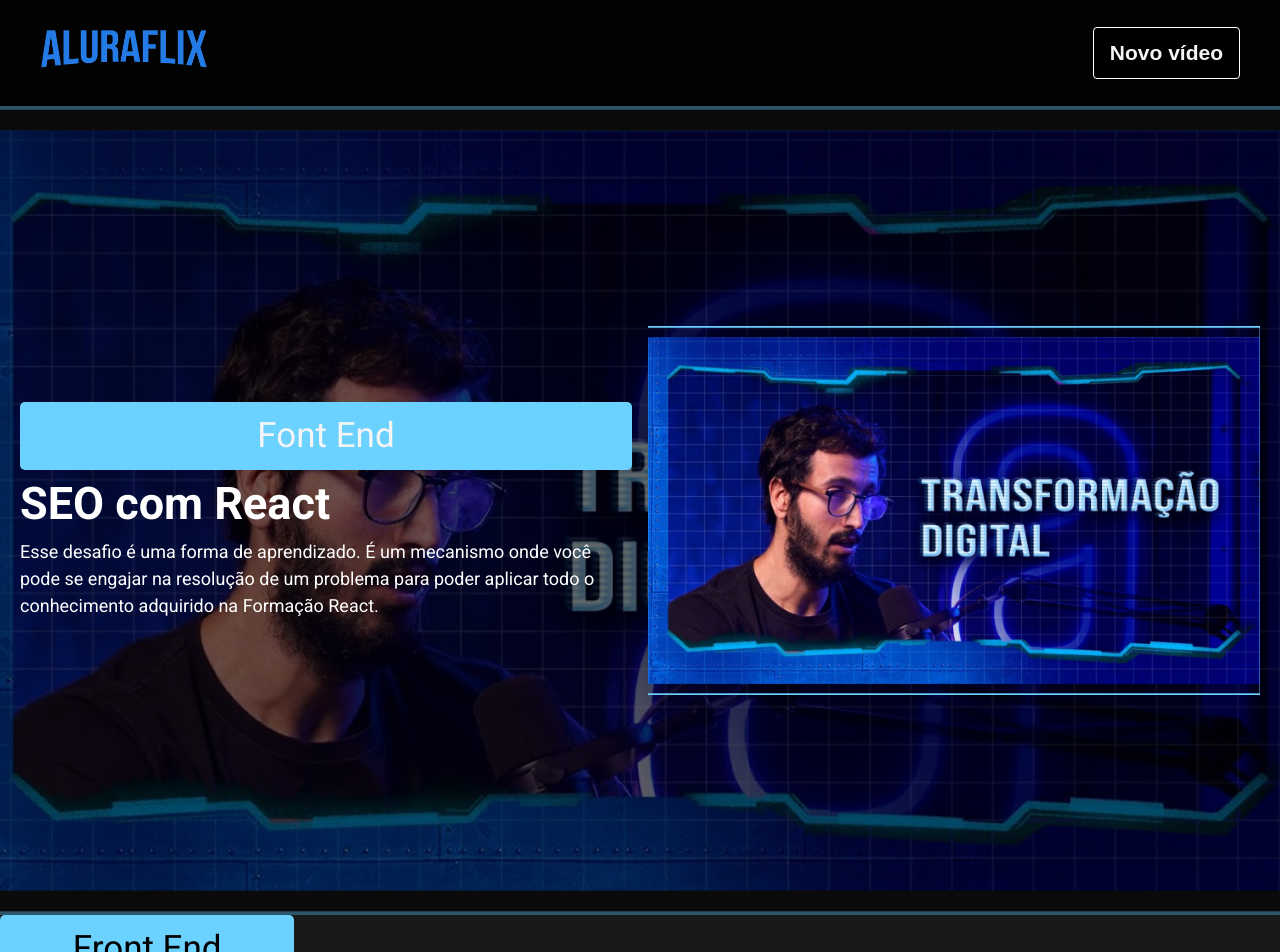
Repository: CarlosEduardoVdeOliveira/aluraflix
Page: /
The author's editor kept a copy of each file at every save. The page is drawn from the files as they stood at one save, then again after the next save.
The browser window is 1280 px wide. The pictures show the part of the page from y = 0 to 952 px (the page is 3090 px tall before and 2961 px after).
The project was rebuilt for these pictures with package versions that can differ from the ones it lists, and the page was loaded fresh each time. Also part of the build but not shown: vite.config.js, src/components/Input/Input.module.css, src/components/Input/index.jsx, src/components/TextArea/TextArea.module.css, src/components/TextArea/index.jsx, src/pages/RegisterVideo/Register.module.css, src/pages/RegisterVideo/index.jsx, src/components/Table/Table.module.css and 3 more.

Above is the page before, as saved 2023-09-26 10:12:25.

### index.html
<!doctype html>
<html lang="en">
  <head>
    <meta charset="UTF-8" />
    <link rel="preconnect" href="https://fonts.googleapis.com">
    <link rel="preconnect" href="https://fonts.gstatic.com" crossorigin>
    <!-- <link rel="icon" type="image/svg+xml" href="/vite.svg" /> -->
    <meta name="viewport" content="width=device-width, initial-scale=1.0" />
    <link href="https://fonts.googleapis.com/css2?family=Roboto:wght@300;400;500;700&display=swap" rel="stylesheet">
    <title>AluraFlix</title>
  </head>
  <body>
    <div id="root"></div>
    <script type="module" src="/src/main.jsx"></script>
  </body>
</html>

### src/main.jsx
import React from 'react'
import ReactDOM from 'react-dom/client'
import {AppRoutes} from './routes'
import './index.css'
import { ThemeProvider } from '@emotion/react'
import { theme } from './customColors'

ReactDOM.createRoot(document.getElementById('root')).render(
  <React.StrictMode>
    <ThemeProvider theme={theme}>
      <AppRoutes />
    </ThemeProvider>
  </React.StrictMode>,
)

### src/routes.jsx
import { BrowserRouter, Route, Routes } from 'react-router-dom'
import {PageBase} from './pages/pageBase'
import {Home} from './pages/Home'
import { ThemeProvider } from '@mui/material'
import { theme } from './customColors'
import {RegisterVideo} from './pages/RegisterVideo'
import {RegisterCategory} from './pages/RegisterCategory'


export const AppRoutes = () => {
  return (
    <BrowserRouter>
      <ThemeProvider theme={theme}>
        <Routes>
          <Route path='/' element={<PageBase />}>
            <Route index element={<Home />}></Route>
            <Route path='register-video' element={<RegisterVideo />}></Route>
            <Route path='register-category' element={<RegisterCategory />}></Route>
          </Route>
        </Routes>
      </ThemeProvider>
    </BrowserRouter>
  )
}

### src/index.css
:root {
  --gray-100: #F5F5F5;
  --gray-150: #E5E5E5;
  --gray-175: #C2C2C2;
  --gray-300: #9E9E9E;
  --gray-500: #191919;
  --black: #000;
  --blue-500: #2A7AE4;
  --red-500: #E53935;
  font-family: 'Roboto', sans-serif;
  line-height: 1.5;
  font-weight: 400;
  font-size: 1rem;
  font-synthesis: none;
  text-rendering: optimizeLegibility;
  -webkit-font-smoothing: antialiased;
  -moz-osx-font-smoothing: grayscale;
  -webkit-text-size-adjust: 100%;
}
*{
  box-sizing: border-box;
  margin: 0;
  padding: 0;
  scroll-behavior: smooth;
}
body{
  background-color: var(--gray-500);
}
a {
  text-decoration: none;
  transiton: .5s all ease-out;
}

button{
  cusor: pointer;
  transiton: .5s all ease-out;
}

@media screen and (max-width: 1080px){
  body{
    font-size: 87.5%;
  }
}
@media screen and (max-width: 700px){
  body{
    font-size: 75%;
  }
}

### src/customColors.js
import { createTheme } from '@mui/material/styles';

export const theme = createTheme({
  palette: {
    withe: "#FFFFFF",
    gray100: "#F5F5F5",
    gray150: "#E5E5E5",
    gray175: "#C2C2C2",
    gray300: "#9E9E9E",
    gray500: "#191919",
    black: "#000000",
    blue500: "#2A7AE4",
    red500: "#E53935",
  },
});

### src/pages/pageBase/index.jsx
import { Banner } from '../../components/Banner';
import {Footer} from '../../components/Footer';
import {Header} from '../../components/Header'
import { Outlet } from "react-router-dom";
import { useLocation } from 'react-router-dom';


export const PageBase = () => {
  const location = useLocation()
  return (
    <main>
      <Header button={location.pathname === '/'} />
      <Banner banner={location.pathname === '/'} />
      <Outlet />
      <Footer />
    </main>
  )
}

### src/pages/Home/index.jsx
import {Category} from "../../components/Category";

// eslint-disable-next-line react/prop-types
export const Home = () => {

  return (
    <>
      {
        <Category />
      }
    </>
  )
}

### src/components/Banner/index.jsx
/* eslint-disable react/prop-types */
import styles from './Banner.module.css'
import bannerImage from '../../../public/banner.png'
import {TitleCategory} from '../TitleCategory';

export const Banner = ({banner}) => {
  return(
    <>
      {
        banner && (
        <div className={styles.container}>
          <div className={styles.content}>
            <TitleCategory
              bgColor="#6BD1FF"
              color="#f5f5f5"
            >
              Font End
            </TitleCategory>
            <h5 >
              SEO com React
            </h5>
            <p>
              Esse desafio é uma forma de aprendizado.
              É um mecanismo onde você pode se engajar na resolução de um problema
              para poder aplicar todo o conhecimento adquirido na Formação React.
            </p>
          </div>
          <img src={bannerImage} alt='Imagem do SEO da alura, '/>
        </div>
        )
      }
    </>
  );
}

### src/components/Footer/index.jsx
import { Link } from 'react-router-dom'
import logo from '../../assets/logo.png'
import styles from './Footer.module.css'
export const Footer = () => {
  return (
    <footer className={styles.container}>
      <Link to='/'>
        <img src={logo} alt="Logo do aluraflix" />
      </Link>
    </footer>
  )
}

### src/components/Header/index.jsx
/* eslint-disable react/prop-types */
// eslint-disable-next-line no-unused-vars
import React from 'react';
import logo from '../../assets/logo.png'
import styles from './Header.module.css'
import { Link } from 'react-router-dom';
import {Button} from '../Button';


export const Header = ({button}) => {

  return (
    <header className={styles.container}>
      <Link to="/">
        <img src={logo} alt='Logo do aluraflix' />
      </Link>
      {button &&
          <Link to="/register-video">
            <Button
              bgColor="#000"
              borderColor="1px solid #FFF"
              color="#F5f5f5"
            >
                  Novo vídeo
            </Button>
          </Link>
      }
    </header>
  )
}

### src/components/Category/index.jsx
import { TitleCategory } from "../TitleCategory";
import styles from "./Category.module.css";
import { videos, categories } from "../../json/db.json";
import Carousel from 'react-material-ui-carousel'
import { Card } from "../Card";

export const Category = () => {
  function verifyCategory(category){
    const vcat = videos.some(vc => vc.category === category)
    return vcat
  }
    console.log(verifyCategory("Front End"));
  return (
    <>
      {
        categories.map((category) => (
          <section className={styles.container} key={category.id}>
            <TitleCategory bgColor={category.color}>{category.name}</TitleCategory>
            <Carousel >
              <div className={styles.videos}>
                {videos.map(
                  (video) =>
                    category.name === video.category && (
                      <Card
                        link={video.link}
                        key={video.id}
                        thumbnail={video.thumbnail}
                        borderColor={category.color}
                        description={video.description}
                      />
                    )
                )}
              </div>

            </Carousel>
          </section>
        ))
      }
    </>
  );
};

### src/components/Button/index.jsx
/* eslint-disable react/prop-types */
import styles from './Button.module.css'

export const Button = ({children, bgColor, borderColor, color}) => {
  return(
    <button className={styles.button}
      style={{
        background:bgColor,
        border:borderColor,
        color:color
      }}
    >
      {children}
    </button>
  )
}

### src/json/db.json
{
  "videos":[
  {
    "id": 1,
    "name": "Homem-Aranha - Sem Volta Para Casa",
    "link": "https://www.youtube.com/watch?v=k77WZrvuDQU&ab_channel=Alura",
    "thumbnail": "https://i.ytimg.com/vi/k77WZrvuDQU/sddefault.jpg",
    "category": "Front End",
    "description": "Descrição qualquer"
  },
  {
    "id": 2,
    "name": "Homem-Aranha - Sem Volta Para Casa",
    "link": "https://www.youtube.com/watch?v=k77WZrvuDQU&ab_channel=Alura",
    "thumbnail": "https://i.ytimg.com/vi/CyiiEJRZjSU/maxresdefault.jpg",
    "category": "Front End",
    "description": "Descrição qualquer"
  },
  {
    "id": 3,
    "name": "Homem-Aranha - Sem Volta Para Casa",
    "link": "https://www.youtube.com/watch?v=hHM-hr9q4mo&ab_channel=Rocketseat",
    "thumbnail": "https://i.ytimg.com/vi/hHM-hr9q4mo/maxresdefault.jpg",
    "category": "Front End",
    "description": "Descrição qualquer"
  },
  {
    "id": 4,
    "name": "Homem-Aranha - Sem Volta Para Casa",
    "link": "https://www.youtube.com/watch?v=hHM-hr9q4mo&ab_channel=Rocketseat",
    "thumbnail": "https://i.ytimg.com/vi/hHM-hr9q4mo/maxresdefault.jpg",
    "category": "Back End",
    "description": "Descrição qualquer"
  },
  {
    "id": 5,
    "name": "Homem-Aranha - Sem Volta Para Casa",
    "link": "https://www.youtube.com/watch?v=hHM-hr9q4mo&ab_channel=Rocketseat",
    "thumbnail": "https://i.ytimg.com/vi/hHM-hr9q4mo/maxresdefault.jpg",
    "category": "Back End",
    "description": "Descrição qualquer"
  },
  {
    "id": 6,
    "name": "Homem-Aranha - Sem Volta Para Casa",
    "link": "https://www.youtube.com/watch?v=hHM-hr9q4mo&ab_channel=Rocketseat",
    "thumbnail": "https://i.ytimg.com/vi/hHM-hr9q4mo/maxresdefault.jpg",
    "category": "Back End",
    "description": "Descrição qualquer"
  },
  {
    "id": 7,
    "name": "Homem-Aranha - Sem Volta Para Casa",
    "link": "https://www.youtube.com/watch?v=MGIs7DSQ-0A&ab_channel=Alura",
    "thumbnail": "https://i.ytimg.com/vi/MGIs7DSQ-0A/maxresdefault.jpg",
    "category": "Mobile",
    "description": "Descrição qualquer"
  },
  {
    "id": 8,
    "name": "Homem-Aranha - Sem Volta Para Casa",
    "link": "https://www.youtube.com/watch?v=MGIs7DSQ-0A&ab_channel=Alura",
    "thumbnail": "https://i.ytimg.com/vi/MGIs7DSQ-0A/maxresdefault.jpg",
    "category": "Mobile",
    "description": "Descrição qualquer"
  },
  {
    "id": 9,
    "name": "Homem-Aranha - Sem Volta Para Casa",
    "link": "https://www.youtube.com/watch?v=MGIs7DSQ-0A&ab_channel=Alura",
    "thumbnail": "https://i.ytimg.com/vi/MGIs7DSQ-0A/maxresdefault.jpg",
    "category": "Mobile",
    "description": "Descrição qualquer"
  },
  {
    "id": 10,
    "name": "Homem-Aranha - Sem Volta Para Casa",
    "link": "https://www.youtube.com/watch?v=CyiiEJRZjSU",
    "thumbnail": "https://i.ytimg.com/vi/CyiiEJRZjSU/maxresdefault.jpg",
    "category": "Data Science",
    "description": "Descrição qualquer"
  },
  {
    "id": 11,
    "name": "Homem-Aranha - Sem Volta Para Casa",
    "link": "https://www.youtube.com/watch?v=CyiiEJRZjSU",
    "thumbnail": "https://i.ytimg.com/vi/CyiiEJRZjSU/maxresdefault.jpg",
    "category": "Data Science",
    "description": "Descrição qualquer"
  },
  {
    "id": 12,
    "name": "Homem-Aranha - Sem Volta Para Casa",
    "link": "https://www.youtube.com/watch?v=CyiiEJRZjSU",
    "thumbnail": "https://i.ytimg.com/vi/CyiiEJRZjSU/maxresdefault.jpg",
    "category": "Data Science",
    "description": "Descrição qualquer"
  },
  {
    "id": 13,
    "name": "Homem-Aranha - Sem Volta Para Casa",
    "link": "https://www.youtube.com/watch?v=CyiiEJRZjSU",
    "thumbnail": "https://i.ytimg.com/vi/CyiiEJRZjSU/maxresdefault.jpg",
    "category": "UX",
    "description": "Descrição qualquer"
  },
  {
    "id": 14,
    "name": "Homem-Aranha - Sem Volta Para Casa",
    "link": "https://www.youtube.com/watch?v=CyiiEJRZjSU",
    "thumbnail": "https://i.ytimg.com/vi/CyiiEJRZjSU/maxresdefault.jpg",
    "category": "UX",
    "description": "Descrição qualquer"
  },
  {
    "id": 15,
    "name": "Homem-Aranha - Sem Volta Para Casa",
    "link": "https://www.youtube.com/watch?v=CyiiEJRZjSU",
    "thumbnail": "https://i.ytimg.com/vi/CyiiEJRZjSU/maxresdefault.jpg",
    "category": "UX",
    "description": "Descrição qualquer"
  },
  {
    "id": 16,
    "name": "Homem-Aranha - Sem Volta Para Casa",
    "link": "https://www.youtube.com/watch?v=CyiiEJRZjSU",
    "thumbnail": "https://i.ytimg.com/vi/CyiiEJRZjSU/maxresdefault.jpg",
    "category": "Infra",
    "description": "Descrição qualquer"
  },
  {
    "id": 17,
    "name": "Homem-Aranha - Sem Volta Para Casa",
    "link": "https://www.youtube.com/watch?v=CyiiEJRZjSU",
    "thumbnail": "https://i.ytimg.com/vi/CyiiEJRZjSU/maxresdefault.jpg",
    "category": "Infra",
    "description": "Descrição qualquer"
  },
  {
    "id": 18,
    "name": "Homem-Aranha - Sem Volta Para Casa",
    "link": "https://www.youtube.com/watch?v=CyiiEJRZjSU",
    "thumbnail": "https://i.ytimg.com/vi/CyiiEJRZjSU/maxresdefault.jpg",
    "category": "Infra",
    "description": "Descrição qualquer"
  },
  {
    "id": 19,
    "name": "Homem-Aranha - Sem Volta Para Casa",
    "link": "https://www.youtube.com/watch?v=CyiiEJRZjSU",
    "thumbnail": "https://i.ytimg.com/vi/CyiiEJRZjSU/maxresdefault.jpg",
    "category": "Inovation",
    "description": "Descrição qualquer"
  },
  {
    "id": 20,
    "name": "Homem-Aranha - Sem Volta Para Casa",
    "link": "https://www.youtube.com/watch?v=CyiiEJRZjSU",
    "thumbnail": "https://i.ytimg.com/vi/CyiiEJRZjSU/maxresdefault.jpg",
    "category": "Inovation",
    "description": "Descrição qualquer"
  },
  {
    "id": 21,
    "name": "Homem-Aranha - Sem Volta Para Casa",
    "link": "https://www.youtube.com/watch?v=CyiiEJRZjSU",
    "thumbnail": "https://i.ytimg.com/vi/CyiiEJRZjSU/maxresdefault.jpg",
    "category": "Inovation",
    "description": "Descrição qualquer"
  },
  {
    "id": 22,
    "name": "Homem-Aranha - Sem Volta Para Casa",
    "link": "https://www.youtube.com/watch?v=CyiiEJRZjSU",
    "thumbnail": "https://i.ytimg.com/vi/CyiiEJRZjSU/maxresdefault.jpg",
    "category": "AI",
    "description": "Descrição qualquer"
  }
],
"categories":[
  {

    "id":1,
    "name":"Front End",
    "description": "Todos os vídeo da área de Front End juntarei nessa categoria para organizar os estudos que venho fazendo atualmente (FieldTextarea)",
    "color":"#6BD1FF"
  },
  {
    "id":2,
    "name":"Back End",
    "description": "Todos os vídeo que estou usando para estudar Back End ",
    "color":"#69953B"
  },
  {
    "id":3,
    "name":"Design & UX",
    "description": "Ferramentas e técnicas que estudo sobre UX e Design",
    "color":"#DC6EBE"
  },
  {
    "id":4,
    "name":"Infraestrutura" ,
    "description": "Tudo que estou aprendendo sobre Docker e muito mais",
    "color":"#9CD33B"
  },
  {
    "id":5,
    "name":"Marketing Digital",
    "description": "A forma de vender a monetizar minhas ideias",
    "color":"#6B5BE2"
  },
  {
    "id":6,
    "name":"Data Science",
    "description": "Coisas de R e Python que venho aprendendo",
    "color":"#9CD33B"
  },
  {
    "id":7,
    "name":"Inovação & Gestão",
    "description": "Como manter o time feliz e muito mais",
    "color":"#FF8C2A"
  },
  {
    "id":8,
    "name":"Mobile",
    "description": "Conteúdo que venho estudando sobre React Native e Flutter",
    "color":"#FFBA05"
  },
  {
    "id":9,
    "name":"AI",
    "description": "Conteúdo que venho estudando sobre React Native e Flutter",
    "color":"#B210C7"
  }
]
}

### src/components/Banner/Banner.module.css
.container{
  background: linear-gradient(rgba(0, 0, 0, 0.59), rgba(0, 0, 0, 0.59)),
  url(../../../public/banner.png) center / cover no-repeat;
  width: 100%;
  height: 50.563rem;
  display: grid;
  grid-template-columns: 1fr 1fr;
  align-items: center;
  gap: 1rem;
  padding: 20px;
}
.container img{
  width: 100%;
  flex-shrink: 0;
}
.content{
  color: #FFF;
}
.content h5{
  font-size: 2.813rem;
}
.content p{
  font-size: 1.125rem;
}

### src/components/TitleCategory/index.jsx
import styles from "./TitleCategory.module.css"
// eslint-disable-next-line react/prop-types
export const TitleCategory = ({children, bgColor, color}) => {
  return(
    <div
      className={styles.container}
      style={{
        backgroundColor: bgColor,
        color: color
      }}
    >
      {children}
    </div>
  )
}

### src/components/Footer/Footer.module.css
.container{
  display: flex;
  align-items: center;
  justify-content: center;
  padding: 1.688rem 2.5rem;
  background-color: rgba(0, 0, 0, 0.9);
}

.container img{
  width: 168.45px;
  height: 40px;
}

### src/components/Header/Header.module.css
.container{
  display: flex;
  justify-content: space-between;
  align-items: center;
  padding: 1.688rem 2.5rem;
  background-color: rgba(0, 0, 0, 0.9);
}

.container img{
  width: 168.45px;
  height: 40px;
}

### src/components/Category/Category.module.css
.container{
  display: flex;
  flex-direction: column;
  overflow: none;
  width: 23%;
}
.videos{
  display: flex;
  width: 100%;
}

### src/components/Card/index.jsx
/* eslint-disable react/prop-types */
import styles from './Card.module.css'
import { Link } from 'react-router-dom'

export const Card = ({
  id,
  link,
  thumbnail,
  description,
  borderColor
}) => {
  return(
    <>
      <Link
        to={link}
        className={styles.card}
        style={{border:`1px solid ${borderColor}`}}
        key={id}
        target='_blank'
        title={description}
      >
        <img src={thumbnail} alt={description} />
      </Link>

    </>
  )
}

### src/components/Button/Button.module.css
.button{
  color: #FFF;
  text-align: center;
  padding: 0.8rem 1rem;
  border-radius: .25rem;
  font-size: 21px;
  font-style: normal;
  font-weight: 600;
  cursor: pointer;
  line-height: 24px;
  transition: all .5s ease-in-out;
}

.button:hover{
  opacity: 0.8;
}

### src/components/TitleCategory/TitleCategory.module.css
.container{
  padding: .5rem;
  text-align: center;
  border-radius: 5px;
  font-size: 35px;
}

### src/components/Card/Card.module.css
.card{
  width: 433px;
  height: 263px;
  border-radius: .25rem;
  animation: slideAnimation 5s infinite alternate;
}
.card img{
  width: 430px;
  height: 260px;
  border-radius: .25rem;
}

After the next save:
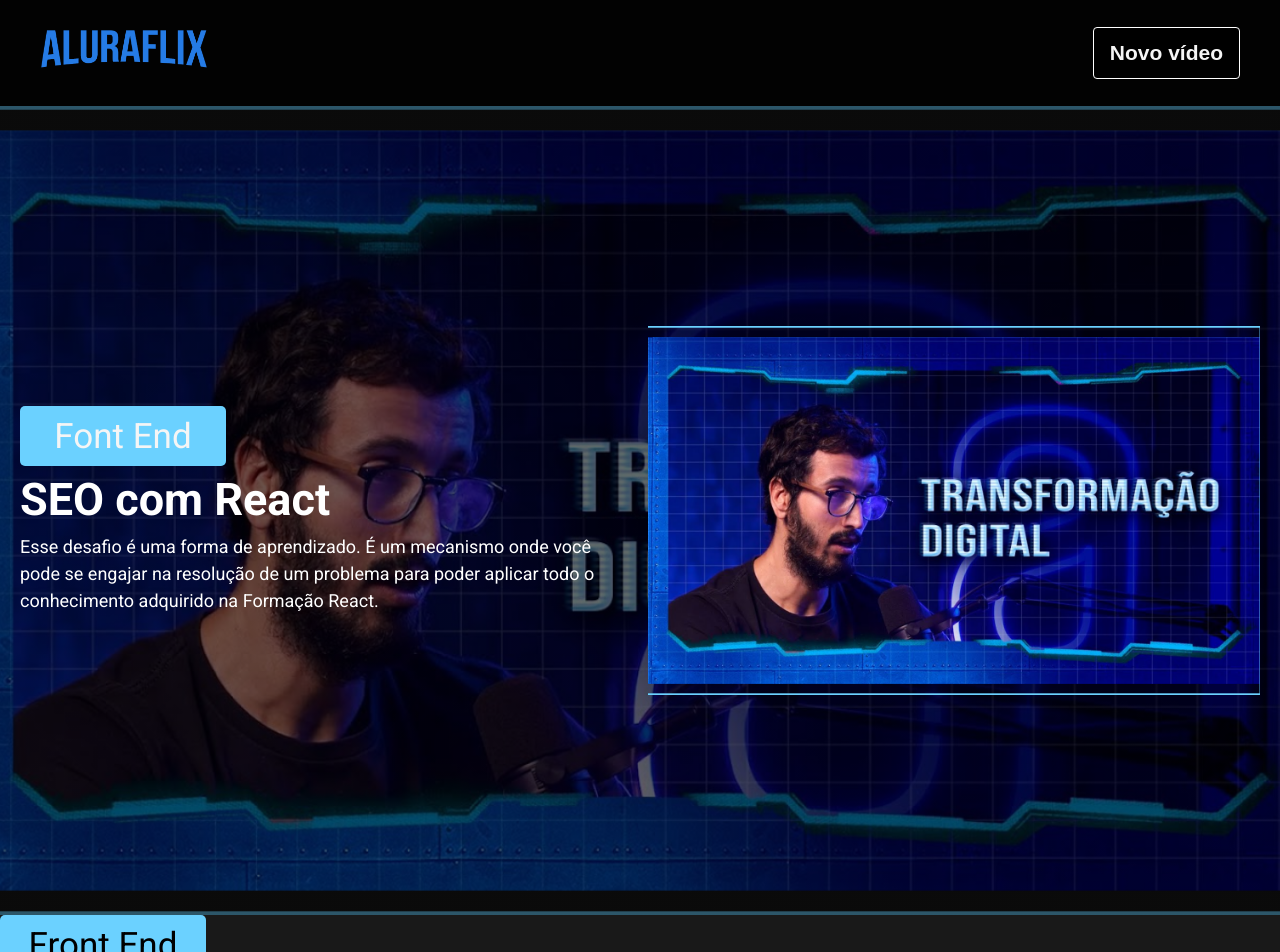
Saved 10 s later.
--- a/src/components/TitleCategory/TitleCategory.module.css
+++ b/src/components/TitleCategory/TitleCategory.module.css
@@ -1,5 +1,7 @@
 .container{
-  padding: .5rem;
+  width: 206px;
+  height: 60px;
+  padding: 5px;
   text-align: center;
   border-radius: 5px;
   font-size: 35px;
